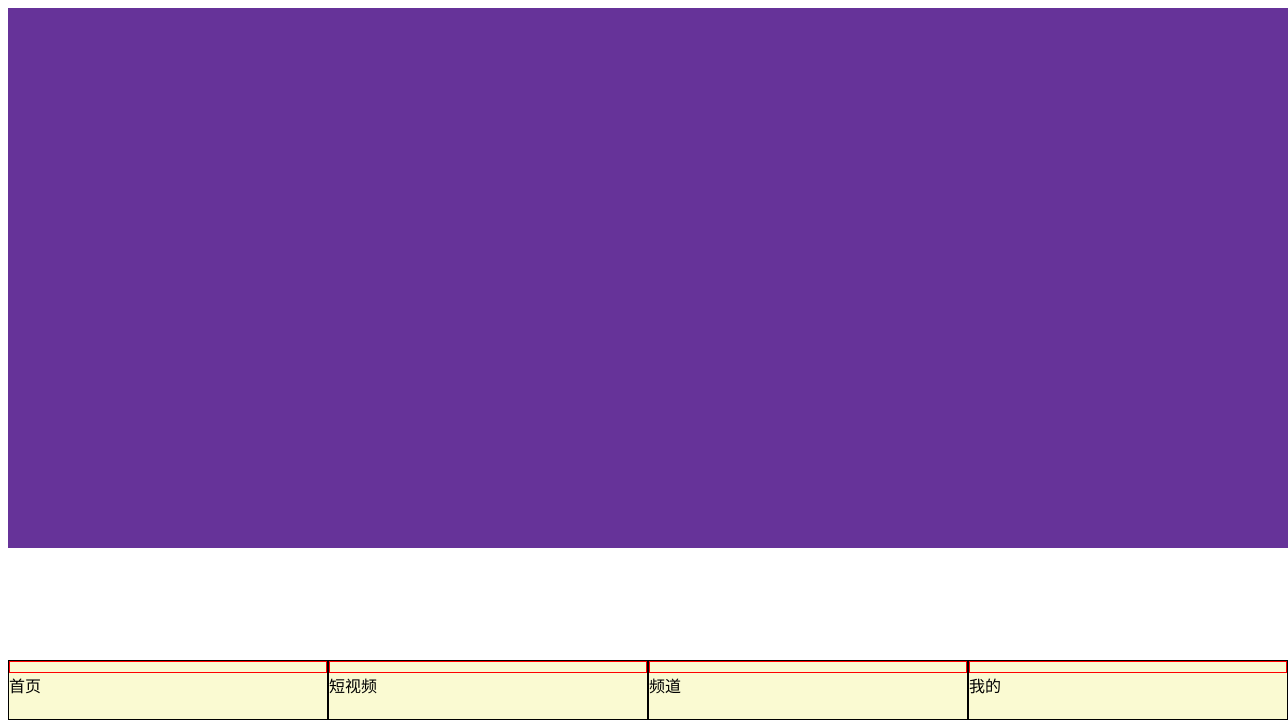
Repository: ITliuxiangyu/H51911Test
Page: video_demo/index.html
These files come from the project's save history. The page is drawn as it stood at one moment and after the next save; the edit follows.
The browser window is 1280 px wide. The page is 1288 px wide, so the pictures cover 1288 px, including what lies to the right of the window. The pictures show the whole page.

Above is the page before, as saved 2019-12-20 09:54:42.

After the next save:
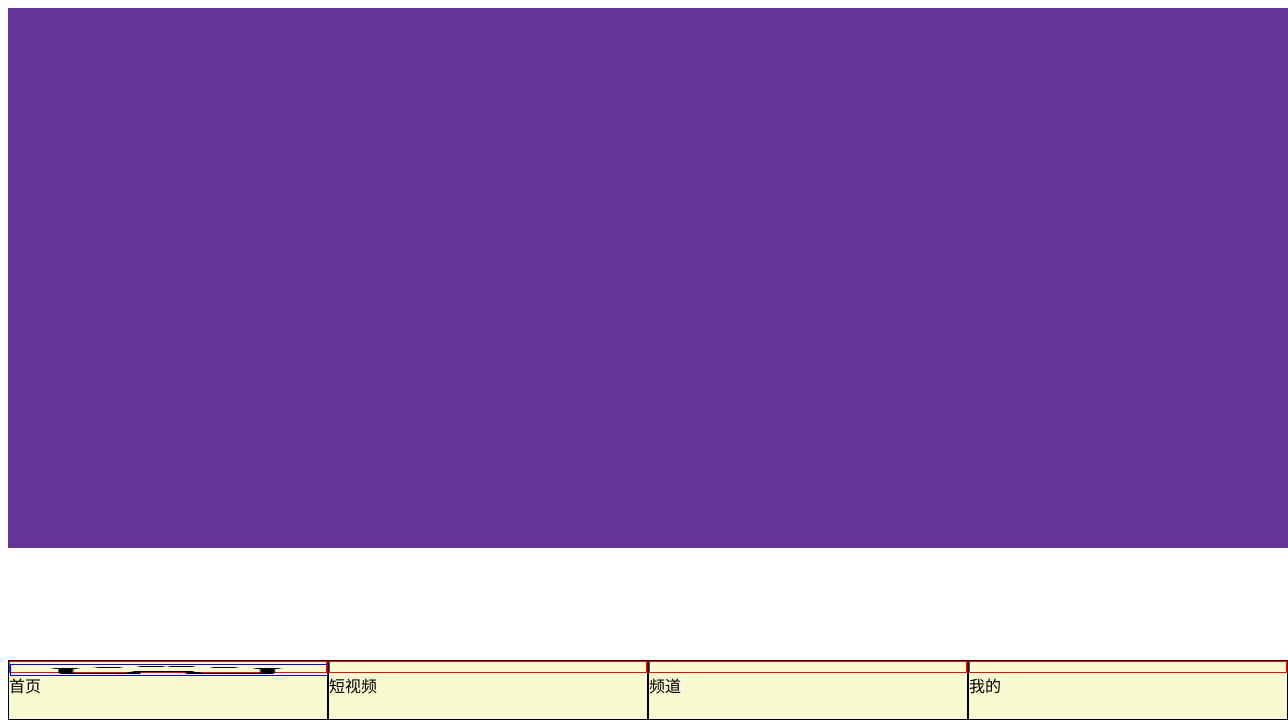
Saved 6 s later.
--- a/video_demo/index.html
+++ b/video_demo/index.html
@@ -13,7 +13,7 @@
         <div class="app_tabbar">
             <div class="tabbar_item">
                 <div>
-                    <!-- <img src="./imgs/shouye.png" alt=""> -->
+                    <img src="./imgs/shouye.png" alt="">
                 </div>
                 <span>首页</span>
             </div>
